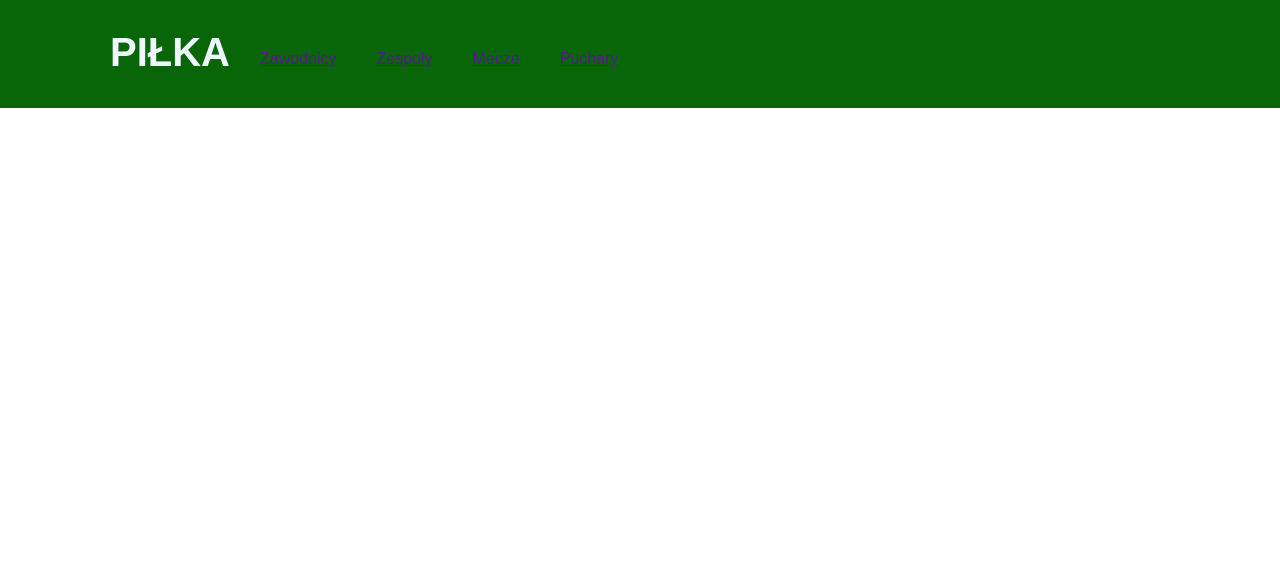
Repository: ZABA78/PAZW
Page: index.html
The author's editor kept a copy of each file at every save. The page is drawn from the files as they stood at one save, then again after the next save.
The browser window is 1280 px wide. The pictures show the whole page.
Some web fonts or font styles are not loaded; a fallback is used.

Above is the page before, as saved 2023-10-17 14:04:43.

### index.html
<!DOCTYPE html>
<html lang="en">
<head>
    <meta charset="UTF-8">
    <meta http-equiv="X-UA-Compatible" content="IE=edge">
    <meta name="viewport" content="width=device-width, initial-scale=1.0">
    <link rel="stylesheet" href="style.css">
    <title>Piłka</title>
    <style>
        @import url('https://fonts.googleapis.com/css2?family=Tilt+Neon&display=swap');
        </style>
</head>
<body>
    <header>
        <!--<img src="pilka.png" alt="logo" class = "logo">--><h1>PIŁKA</h1>
        <nav>
            <a href="">Zawodnicy</a>
            <a href="">Zespoły</a>
            <a href="">Mecze</a>
            <a href="">Puchary</a>
        </nav>
    </header>
</body>
</html>

### style.css
*
{
    font-family: 'Tilt Neon', sans-serif;
    margin:0;
    padding: 0;
    box-sizing: border-box;

}
.logo
{
    height: 100vh;

}
h1
{
    padding: 10px;
    font-size: 40px;
    float: left;
    margin-left: 100px;
    margin-top: 20px;
}
header
{
    background-color: rgb(8, 102, 8);
    height: 15vh;
    color: aliceblue;
}
a
{
padding: 20px;
text-align: center;
margin-top: 30px;
float: left;
}

After the next save:
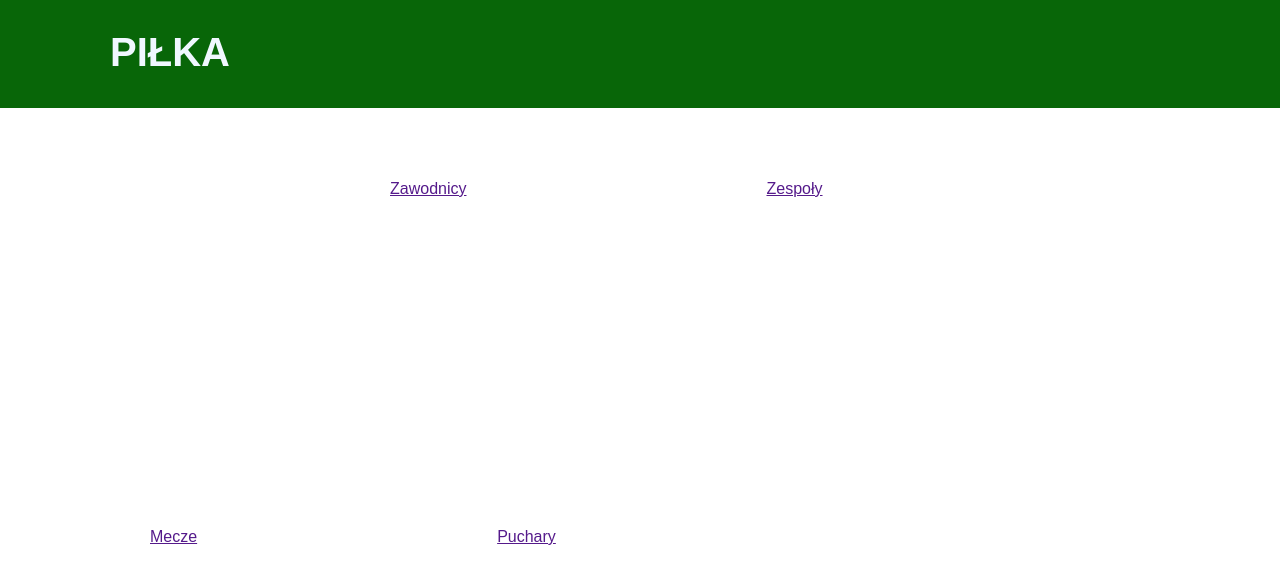
Saved 8 s later.
--- a/style.css
+++ b/style.css
@@ -27,7 +27,7 @@ header
 }
 a
 {
-padding: 20px;
+padding: 150px;
 text-align: center;
 margin-top: 30px;
 float: left;
